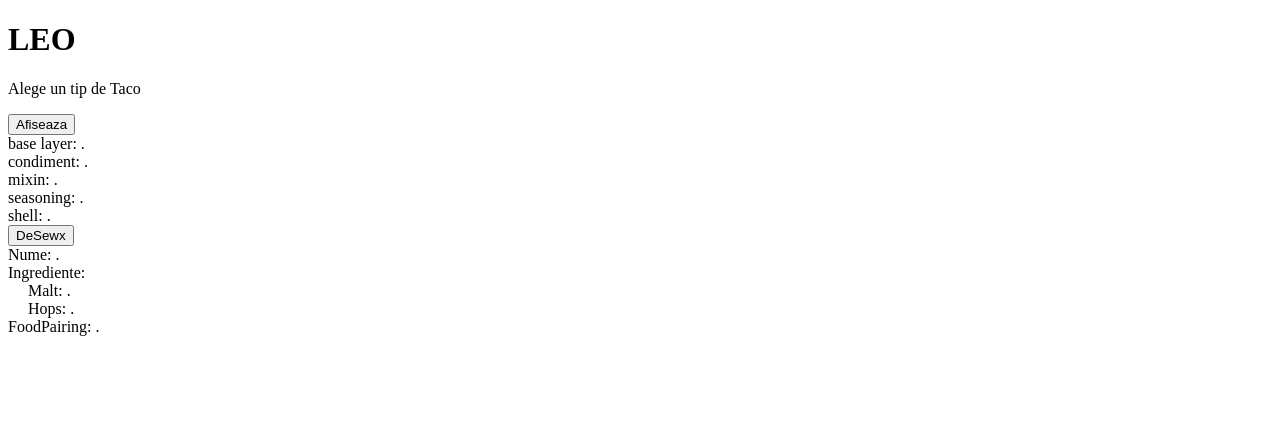
Repository: CrLeo55/Proiect_Cloud_Computing
Page: public/index.html
The author's editor kept a record of every edit. The page is drawn from the files as they stood at one moment, then again after the next edit.
The browser window is 1280 px wide. The pictures show the whole page.

Above is the page before.

After the next edit:
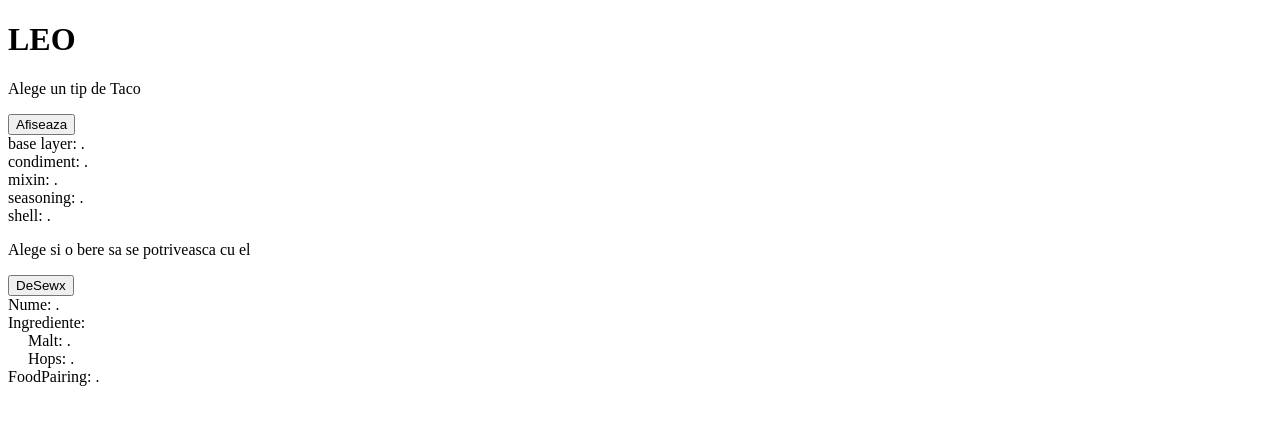
The edit:
--- a/public/index.html
+++ b/public/index.html
@@ -101,6 +101,7 @@
 <label>shell:</label>
 <label id="sh">.</label>
 <br>
+<p>Alege si o bere sa se potriveasca cu el</p>
 <button onclick="bagamasimuie()">DeSewx</button>
 <br>
 <label>Nume:</label>
